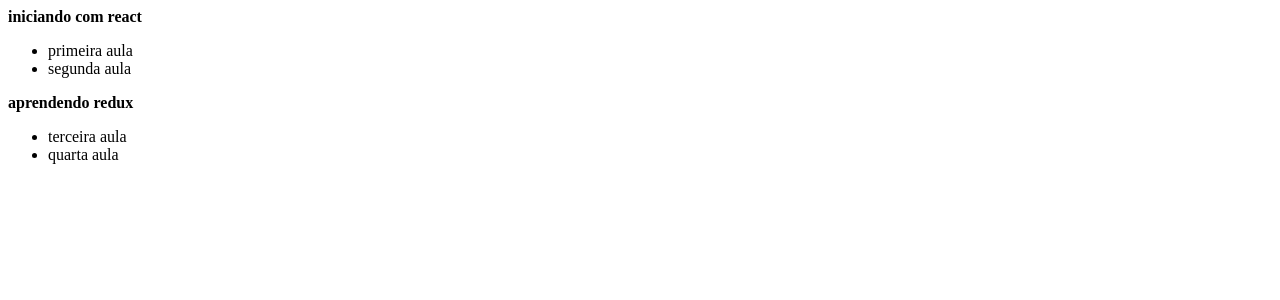
Repository: MateusGuedess/reduxrocktSeat
Page: /
An editor plug-in stored every save of this project. The page is shown before and after the next save, followed by the edit.
The browser window is 1280 px wide. The pictures show the whole page.
The project was rebuilt for these pictures with package versions that can differ from the ones it lists, and the page was loaded fresh each time.

Above is the page before, as saved 2019-05-23 00:15:31.

After the next save:
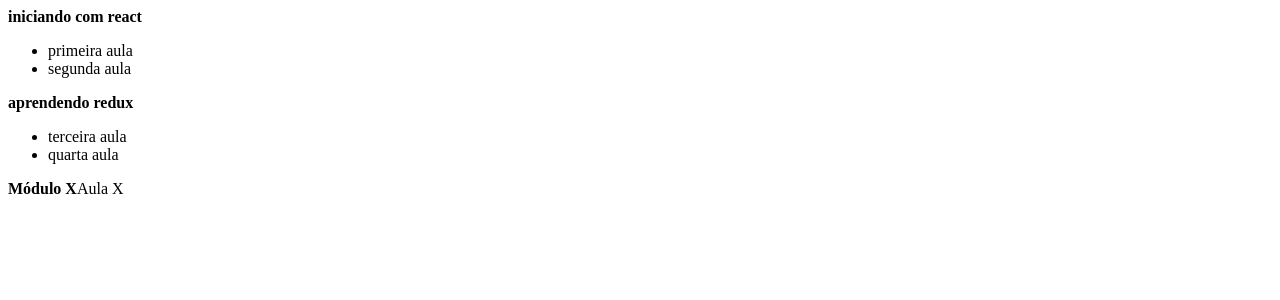
Saved 11 s later.
--- a/src/App.js
+++ b/src/App.js
@@ -6,7 +6,7 @@ function App() {
   return (
     <div className="App">
       <Sidebar />
-      <video />
+      <Video />
     </div>
   );
 }
